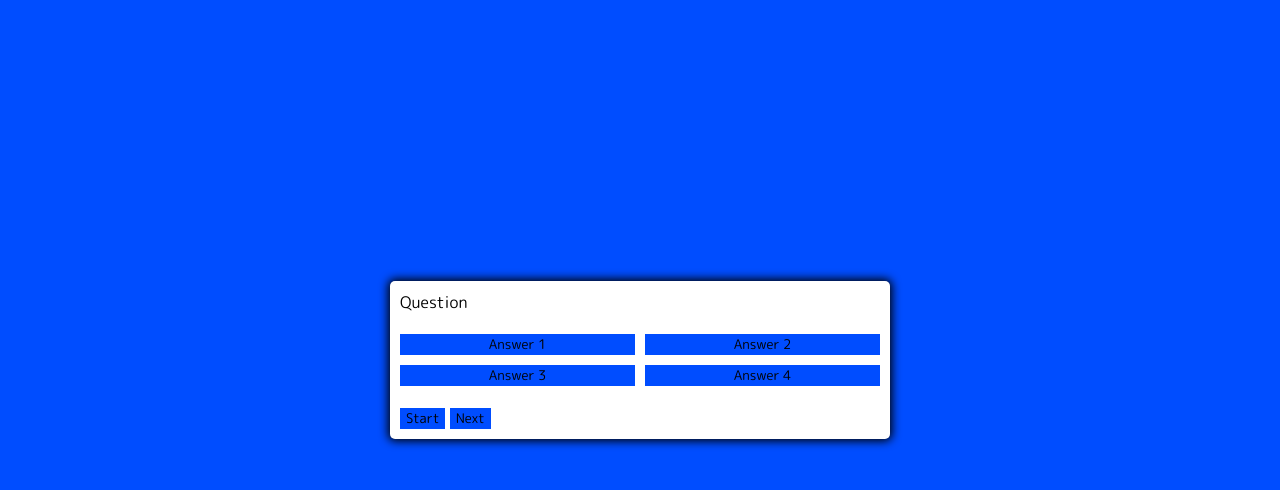
Repository: spidero7/Star-Wars_Quiz-Game
Page: index.html
An editor plug-in stored every save of this project. The page is shown before and after the next save, followed by the edit.
The browser window is 1280 px wide. The pictures show the whole page.

Above is the page before, as saved 2021-08-29 08:05:24.

After the next save:
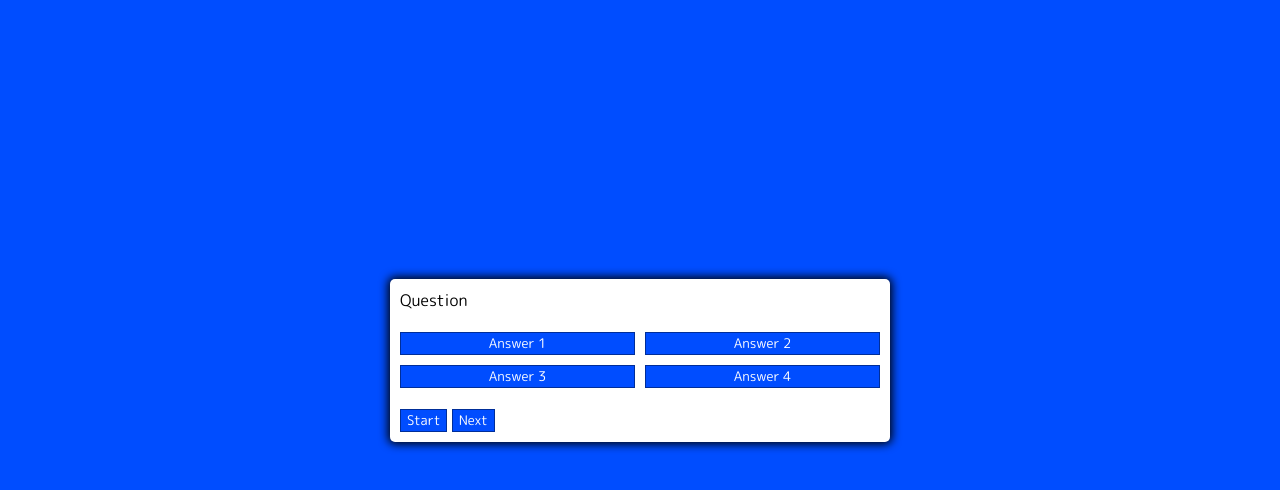
Saved 18 s later.
--- a/style.css
+++ b/style.css
@@ -48,6 +48,6 @@ body.wrong {
 .btn {
     --hue: var(--hue-normal);
     background-color: hsl(var(--hue), 100%, 50%);
-    border: 1px solid hsl(var(--hue), 100%, 30%)
+    border: 1px solid hsl(var(--hue), 100%, 30%);
     color: white;
 }
